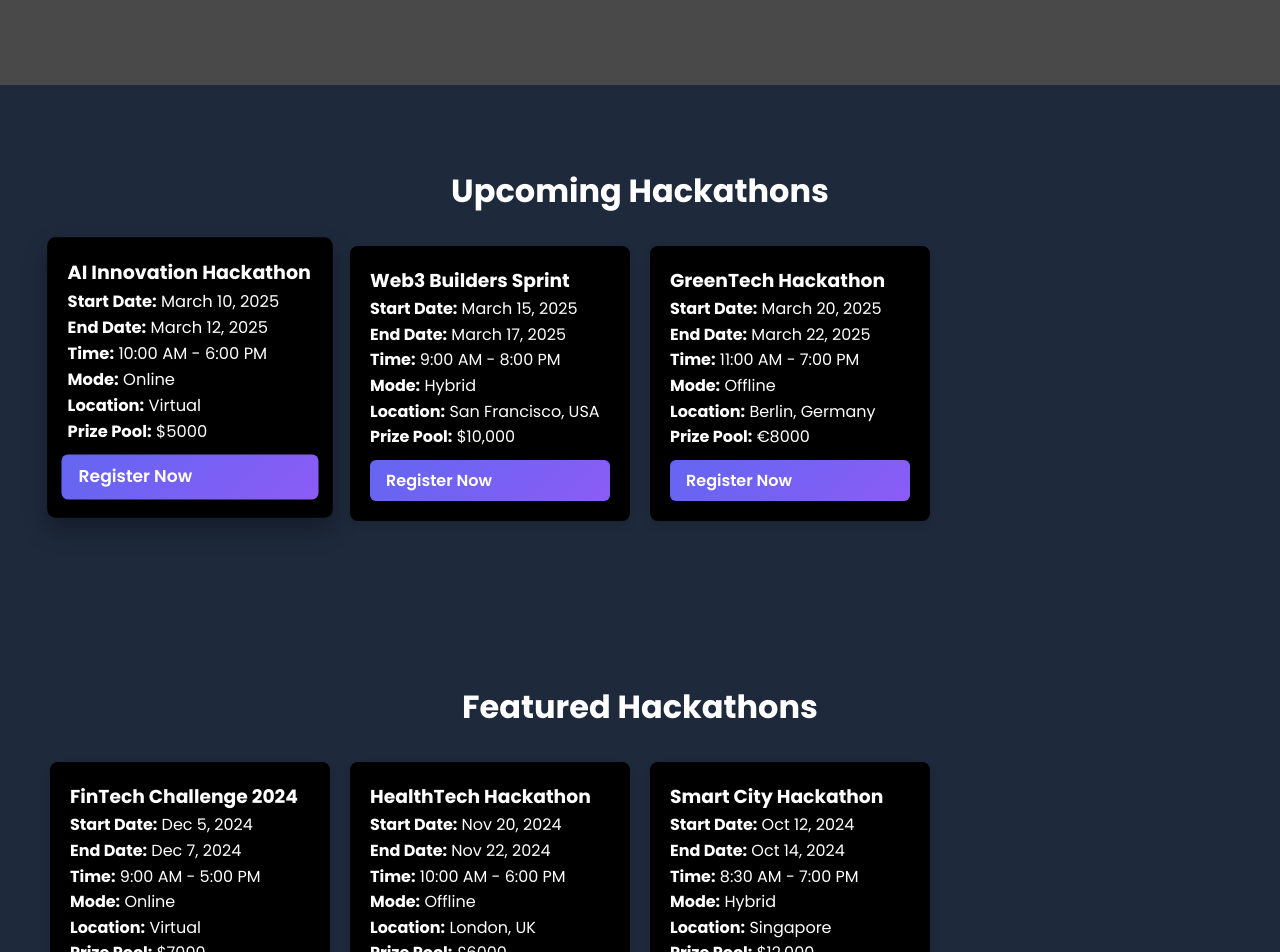
Repository: masihuddin-tech/Hackathon-Project
Page: index.html
The author's editor kept a copy of each file at every save. The page is drawn from the files as they stood at one save, then again after the next save.
The browser window is 1280 px wide. The pictures show the part of the page from y = 635 to 1587 px (the page is 1995 px tall).
The pointer rests on the first visible `.card a`.
Pictures or frames that could not be fetched are drawn as grey boxes. Backgrounds fixed to the window are drawn as part of the page.

Above is the page before, as saved 2025-09-04 10:59:10.
Not found: app.js

After the next save:
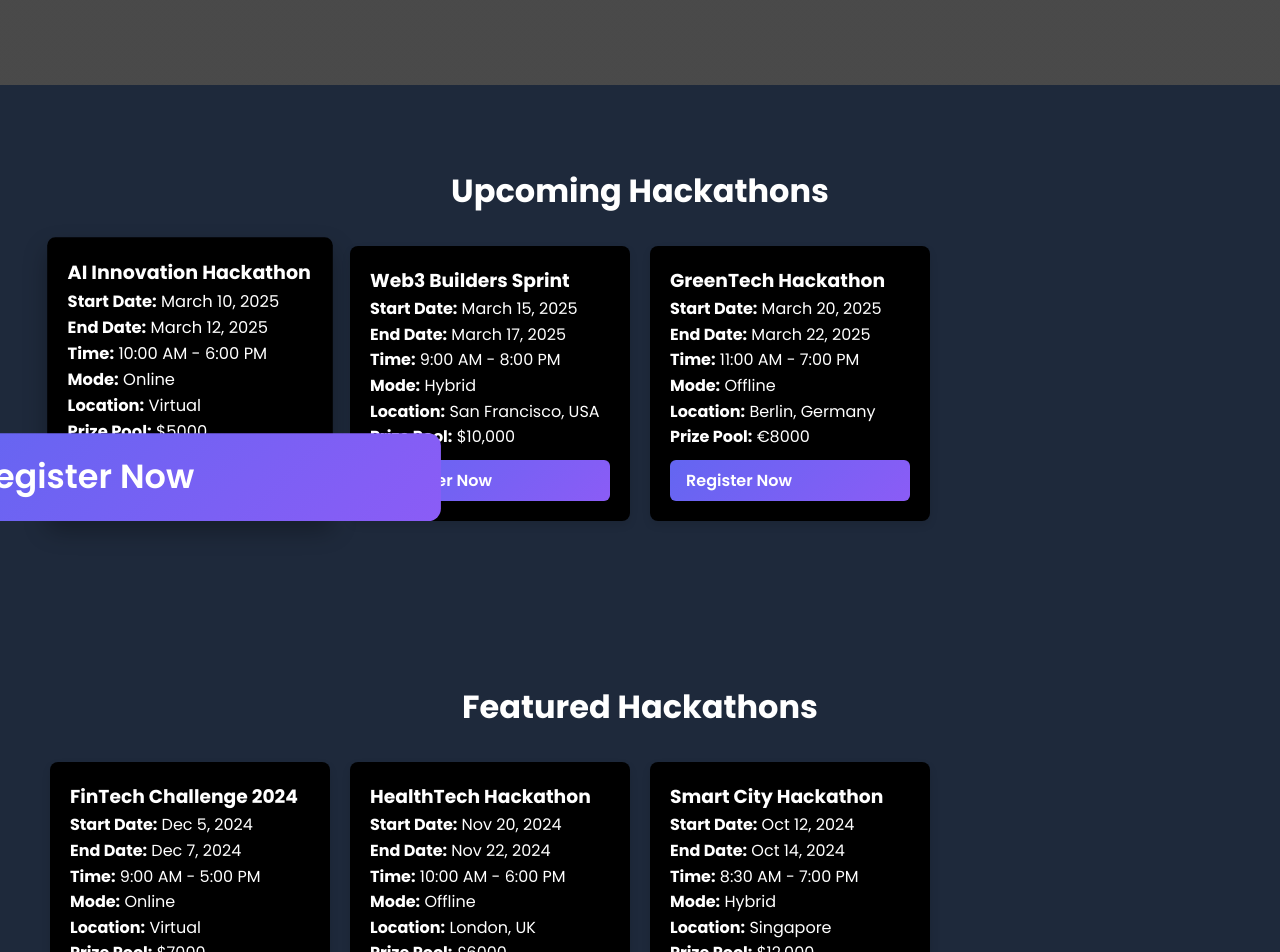
Saved 6 s later.
--- a/style.css
+++ b/style.css
@@ -221,7 +221,7 @@
 
 .card a:hover {
   /* background: linear-gradient(135deg, #4f46e5, #7c3aed);    */
-  transform: scale(1.05);
+  transform: scale(2.05);
 }
 
 

After the save that followed:
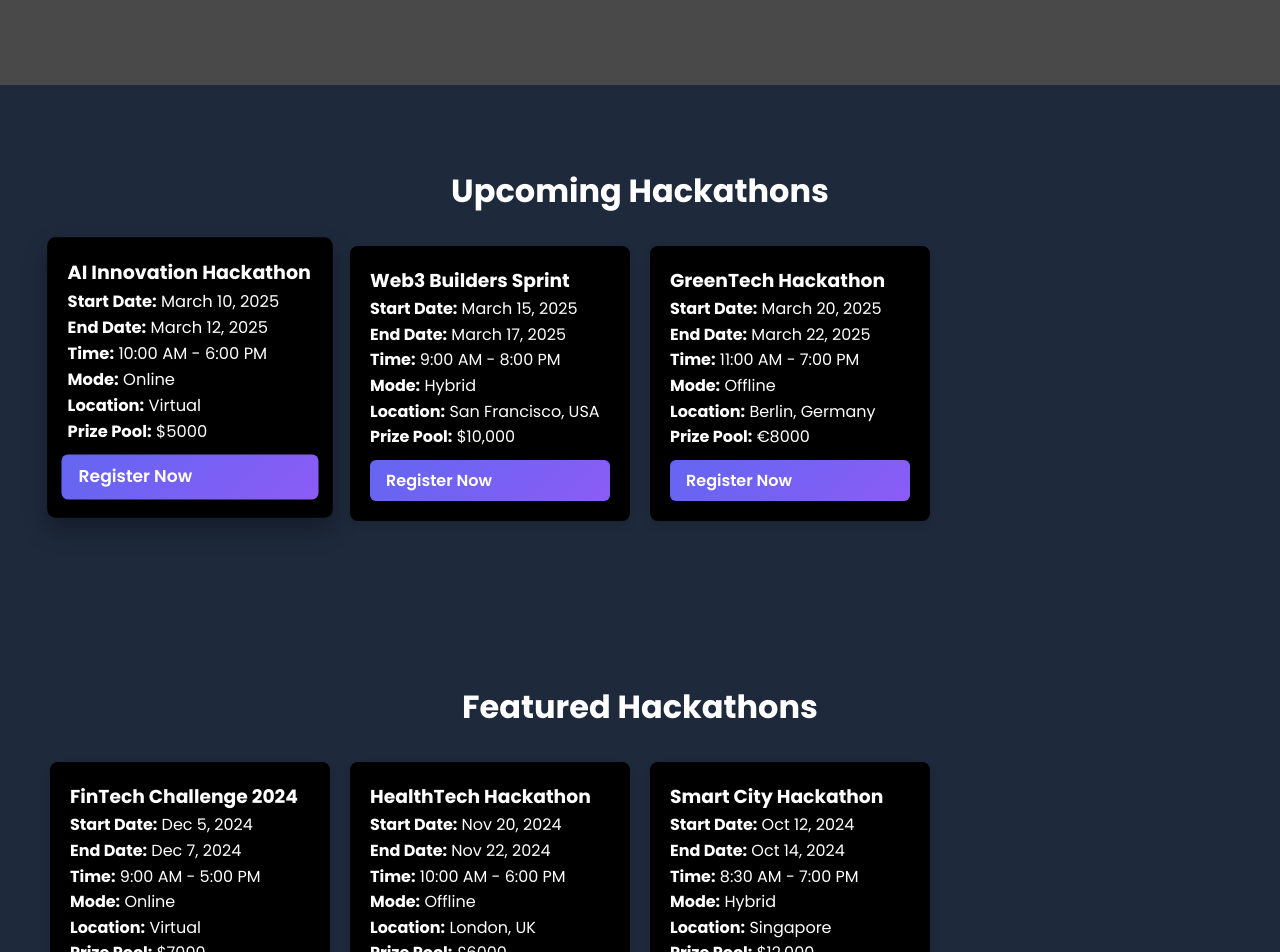
Saved 6 s later.
--- a/style.css
+++ b/style.css
@@ -221,7 +221,7 @@
 
 .card a:hover {
   /* background: linear-gradient(135deg, #4f46e5, #7c3aed);    */
-  transform: scale(2.05);
+  transform: scale(1.05);
 }
 
 
